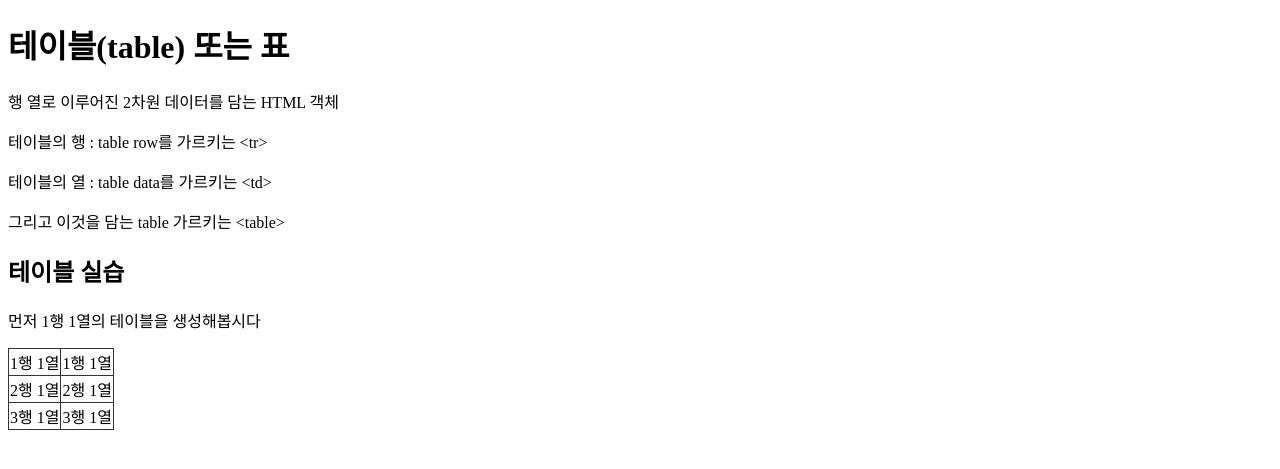
Repository: kmh9964/view
Page: workspace/studyhtml5/src/main/webapp/docs/first.html
An editor plug-in stored every save of this project. The page is shown before and after the next save, followed by the edit.
The browser window is 1280 px wide. The pictures show the whole page.

Above is the page before, as saved 2022-12-15 06:22:15.

### workspace/studyhtml5/src/main/webapp/docs/first.html
<!doctype html>
<html lang="en">
<head>
<meta charset="UTF-8" />
<title>표</title>
<link rel="stylesheet" href="../css/main.css" />
</head>
<body>
	<h1>테이블(table) 또는 표</h1>
	<p>행 열로 이루어진 2차원 데이터를 담는 HTML 객체<p>
	<p>테이블의 행 : table row를 가르키는 &lt;tr&gt;</p> <!-- &은 그냥 특수 문자,lt 작다,gt는 크다라는 뜻 -->
	<p>테이블의 열 : table data를 가르키는 &lt;td&gt;</p>
	<p>그리고 이것을 담는 table 가르키는 &lt;table&gt;</p>
	<h2>테이블 실습</h2>
	<p>먼저 1행 1열의 테이블을 생성해봅시다</p>

	<table>
		<tr> <!-- 행 -->
			<td>1행 1열</td><td>1행 1열</td> <!-- 열 -->
		</tr>
		<tr> <!-- 행 -->
			<td>2행 1열</td><td>2행 1열</td> <!-- 열 -->
		</tr>
		<tr> <!-- 행 -->
			<td>3행 1열</td><td>3행 1열</td> <!-- 열 -->
		</tr>
	</table>



</body>
</html>

### workspace/studyhtml5/src/main/webapp/css/main.css
@charset "UTF-8";

body {
	background: pinkyellow;
}

/* css 선택자
		-- 자주 쓰는것 : 1~5
		1)공용 선택자 : *
		2) 태그 선택자 :p
		3)클래스 선택자 : .text
		4) 아이디 선택자 :




*/

table, td {
		border :  1px solid #333;   /* 선의 두께, 선의 종류, 선의 색상 */
		border-collapse: collapse;  /* 테두리-겹침: 겹쳐라 */
}

After the next save:
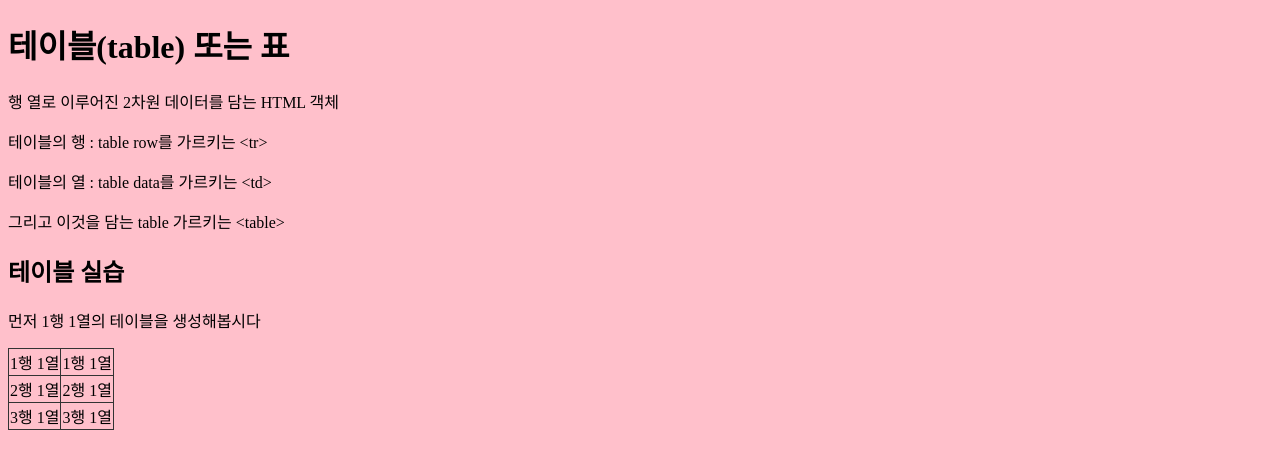
Saved 19 s later.
--- a/workspace/studyhtml5/src/main/webapp/css/main.css
+++ b/workspace/studyhtml5/src/main/webapp/css/main.css
@@ -1,7 +1,7 @@
 @charset "UTF-8";
 
 body {
-	background: pinkyellow;
+	background: pink;
 }
 
 /* css 선택자
